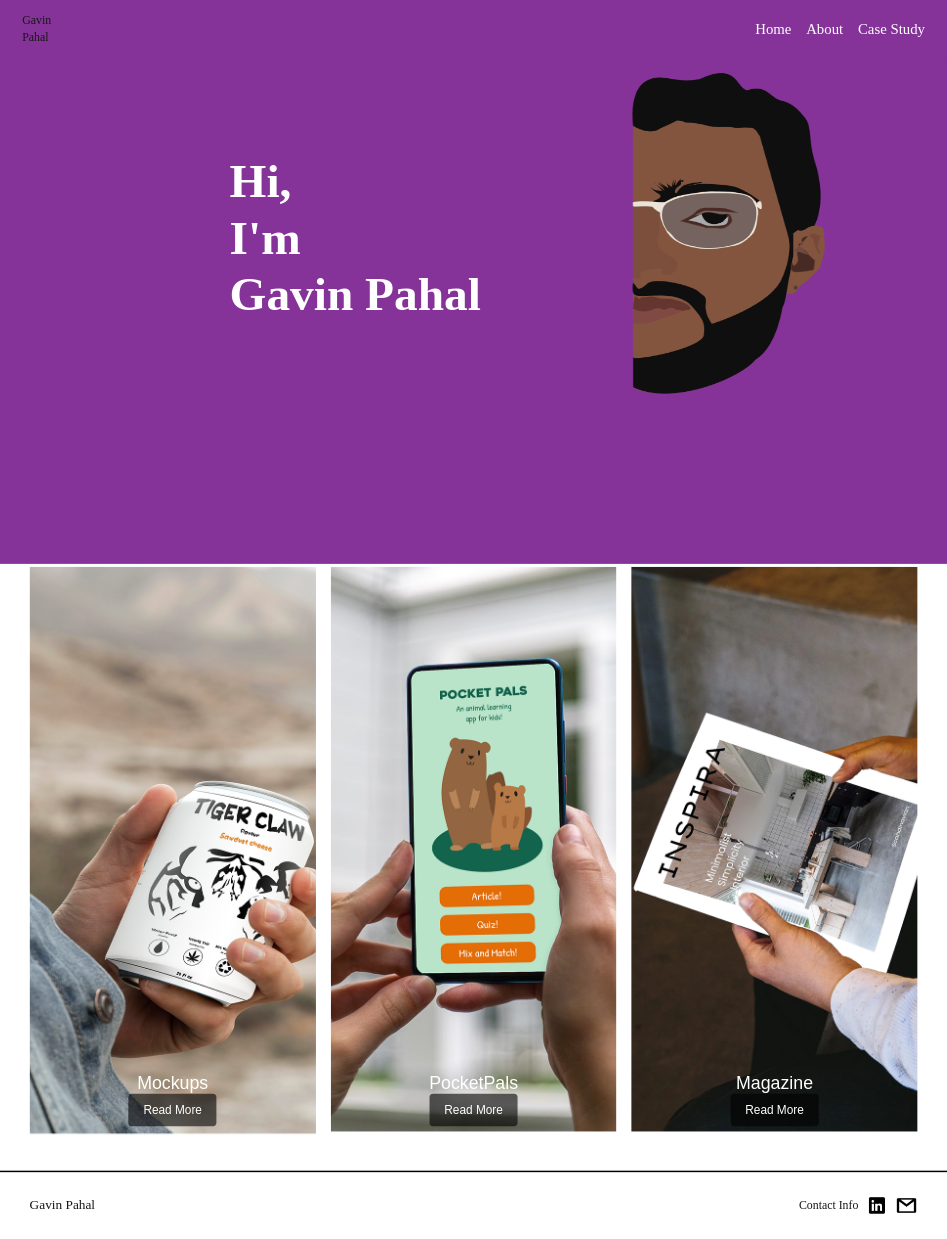
Repository: GavinPahal/portfolios
Page: /
An editor plug-in stored every save of this project. The page is shown before and after the next save, followed by the edit.
The browser window is 1280 px wide. The pictures show the whole page, at 74% of full size.
The project was rebuilt for these pictures with package versions that can differ from the ones it lists, and the page was loaded fresh each time. The framework's server and built-in components were replaced by stand-ins that run in the browser. Also part of the build but not shown: next.config.mjs, components/BackToTop/BackToTop.module.css.

Above is the page before, as saved 2025-02-06 16:24:14.

After the next save:
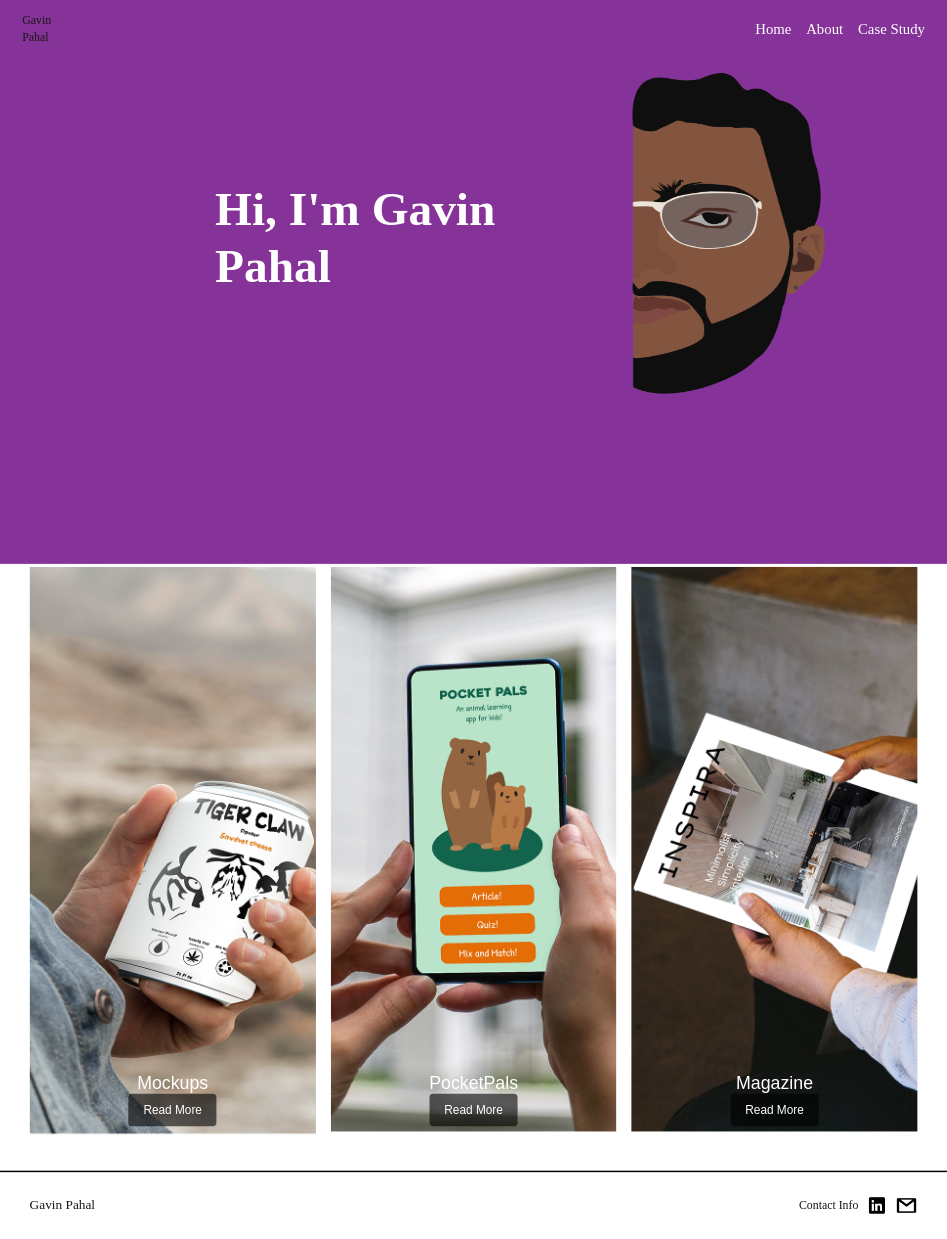
Saved 53 s later.
--- a/components/HeroSection/HeroSection.js
+++ b/components/HeroSection/HeroSection.js
@@ -1,12 +1,32 @@
 import styles from "./HeroSection.module.css";
+import { useEffect, useState } from "react";
 
 const HeroSection = () => {
+  const words = "Hi, I'm Gavin";
+  const [displayText, setDisplayText] = useState("");
+  const [index, setIndex] = useState(0);
+
+  useEffect(() => {
+    if (index < words.length) {
+      const timeout = setTimeout(() => {
+        setDisplayText((prev) => prev + words[index]);
+        setIndex(index + 1);
+      }, 100); // Adjust speed here
+
+      return () => clearTimeout(timeout);
+    }
+  }, [index, words]);
+
   return (
     <header className={styles.hero}>
-      <img src="/images/Group 6.png" alt="Gavin Pahal Portfolio" className={styles.heroImage} />
+      <img
+        src="/images/Group 6.png"
+        alt="Gavin Pahal Portfolio"
+        className={styles.heroImage}
+      />
       <div className={styles.heroText}>
         <h1 className={styles.title}>
-          Hi, <br /> I'm <br /> Gavin Pahal
+          <span className={styles.animatedText}>{displayText}</span> <br /> Pahal
         </h1>
       </div>
     </header>
